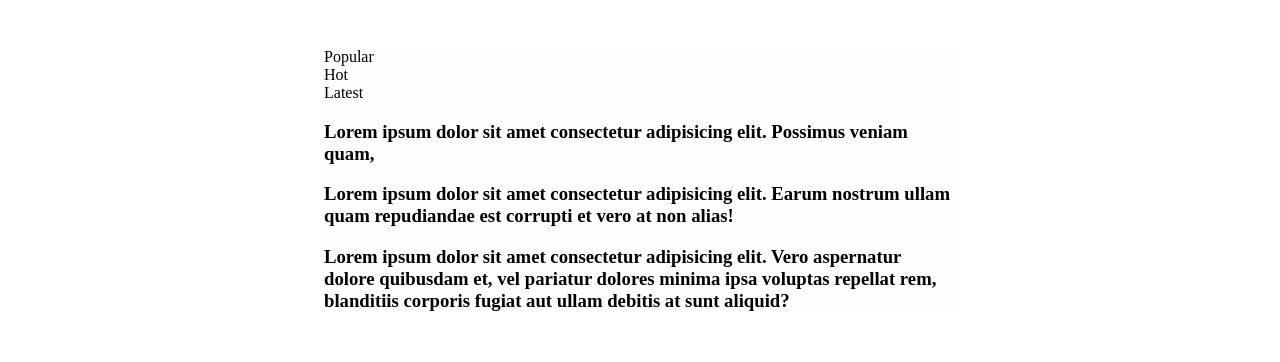
Repository: tungts3qb/Javascript
Page: tab.html
These files come from the project's save history. The page is drawn as it stood at one moment and after the next save; the edit follows.
The browser window is 1280 px wide. The pictures show the whole page.

Above is the page before, as saved 2022-12-25 00:49:56.

After the next save:
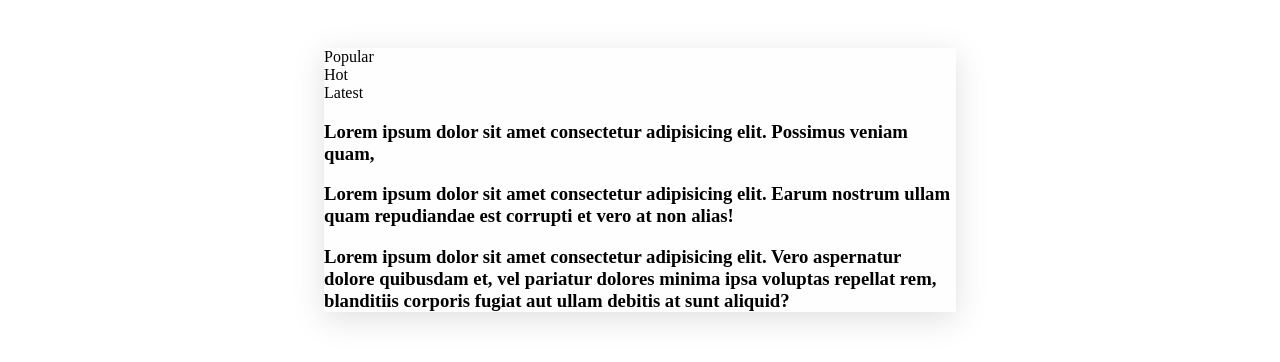
Saved 11 s later.
--- a/style.css
+++ b/style.css
@@ -69,5 +69,5 @@
   margin: 3rem auto;
   width: 50%;
   background-color: #fefefe;
-  box-shadow: box-shadow: rgba(100, 100, 111, 0.2) 0px 7px 29px 0px;;
+  box-shadow: rgba(100, 100, 111, 0.2) 0px 7px 29px 0px;
 }
